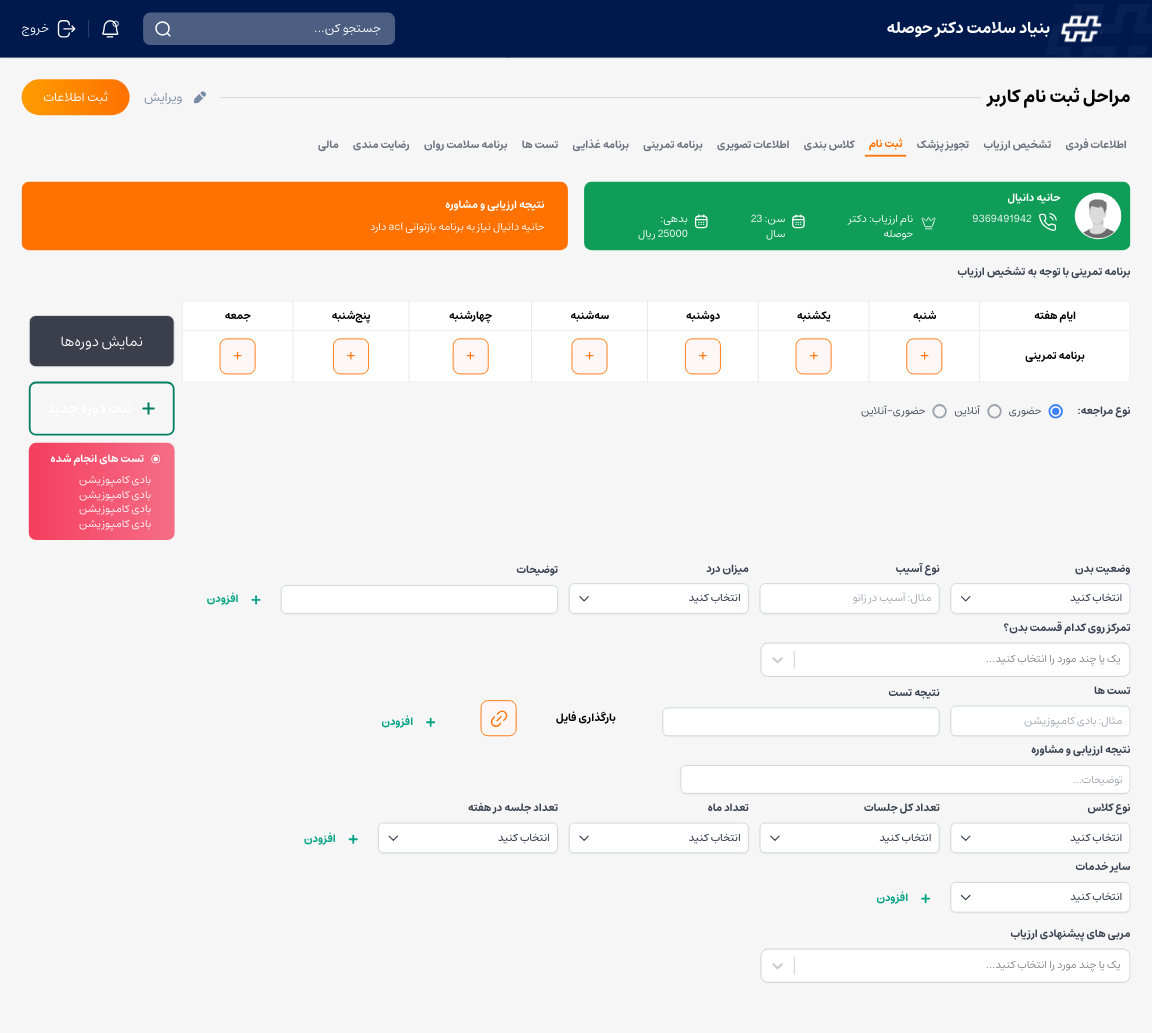
Repository: mirnajafi/ERP_hoseleh_V1.0
Page: /register, after clicking the first element matching `div.flex > :nth-child(4)`
The author's editor kept a copy of each file at every save. The page is drawn from the files as they stood at one save, then again after the next save.
The browser window is 1280 px wide. The pictures show the whole page, at 90% of full size.
Some web fonts or font styles are not loaded; a fallback is used. The project was rebuilt for these pictures with package versions that can differ from the ones it lists, and the page was loaded fresh each time. The framework's server and built-in components were replaced by stand-ins that run in the browser. Also part of the build but not shown: next.config.mjs, src/components/icons/trash.tsx, src/components/weekTable/weekTable.css, src/components/icons/copy.tsx, src/components/recognitionEvaluator/recognitionEvaluator.tsx.

Above is the page before, as saved 2025-02-28 23:45:07.

After the next save:
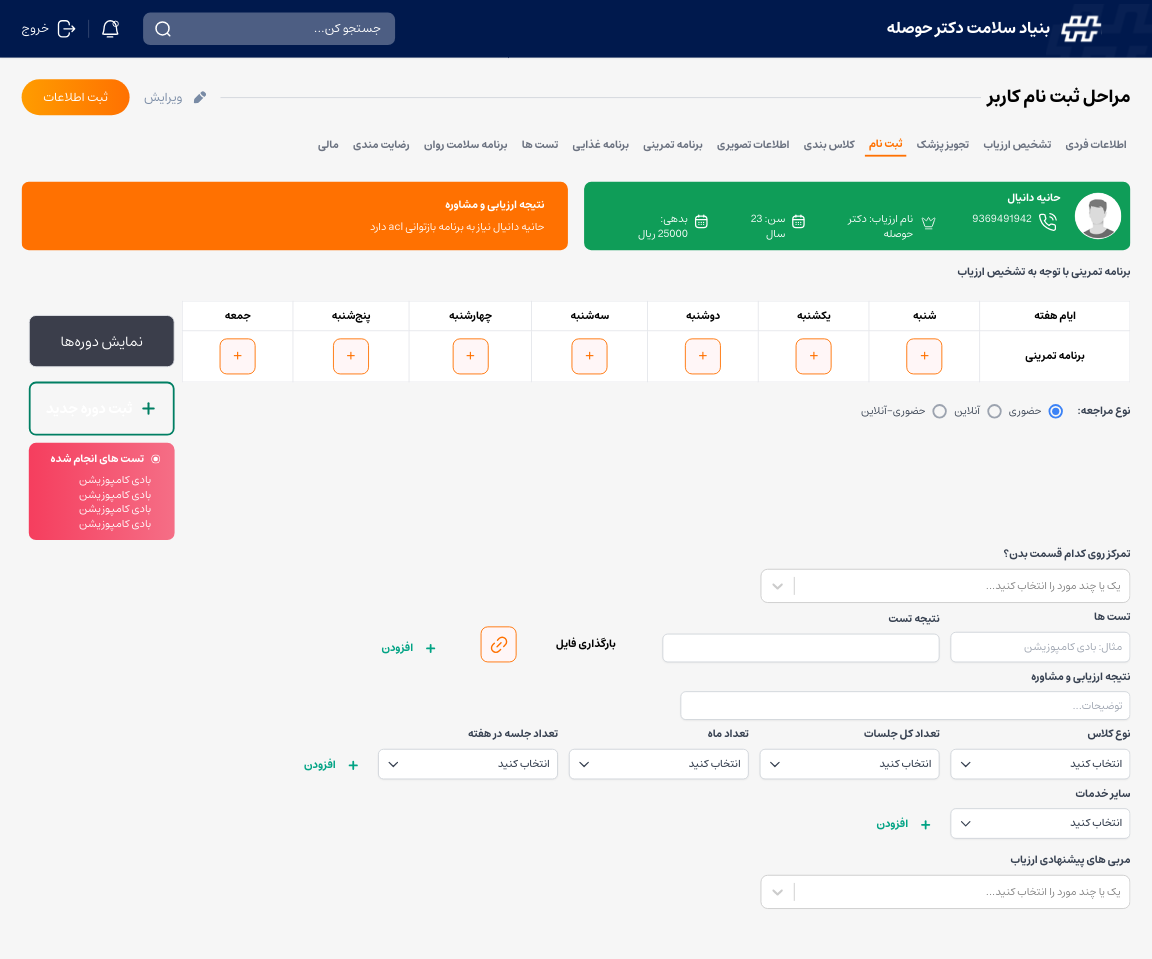
Saved 25 s later.
--- a/src/components/registration/registration.tsx
+++ b/src/components/registration/registration.tsx
@@ -88,34 +88,7 @@ const Registration = () => {
                 </div>
             </div>
 
-            <div className="w-full xl:py-2 my-0  flex flex-col xl:flex-row xl:justify-start xl:items-end">
-
-                <Dropdown
-                    label="وضعیت بدن"
-                    options={["ندارد", "دچار آسیب"]}
-                    onSelect={handleSelect}
-                />
-                <Input
-                    label="نوع آسیب"
-                    type="text"
-                    value={''}
-                    onChange={() => { }}
-                    placeholder="مثال: آسیب در زانو "
-                />
-                <Dropdown
-                    label="میزان درد"
-                    options={["1", "2"]}
-                    onSelect={handleSelect}
-                />
-                <InputDescription
-                    label="توضیحات"
-                    value={''}
-                    placeholder=""
-                    className="xl:w-1/4 max-w-[500px]"
-                />
-                <TransparentBtn label='افزودن' />
-
-            </div>
+
             <div className="flex flex-col  w-ful xl:w-1/3">
                 <label className="mb-2 text-xs font-bold text-gray-700">تمرکز روی کدام قسمت بدن؟</label>
                 <Select
